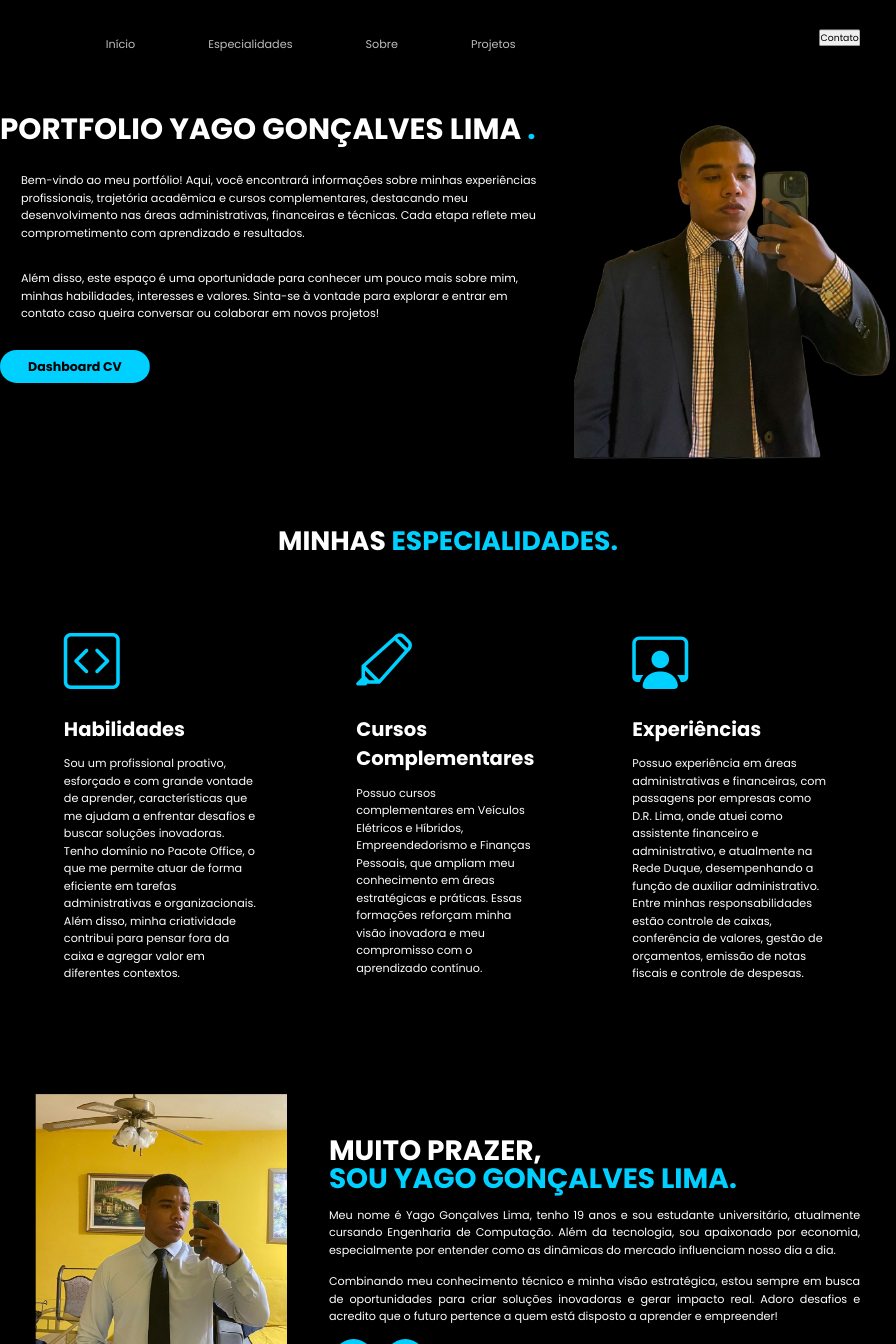
Repository: yagolima1511/Portfolio
Page: index.html
These files come from the project's save history. The page is drawn as it stood at one moment and after the next save; the edit follows.
The browser window is 1280 px wide. The pictures show the part of the page from y = 0 to 1920 px (the page is 3474 px tall), at 70% of full size.

Above is the page before, as saved 2025-03-03 21:03:24.

### index.html
<!DOCTYPE html>
<html lang="pt-br">
<head>
    <meta charset="UTF-8">
    <meta name="viewport" content="width=device-width, initial-scale=1.0">
    <link rel="preconnect" href="https://fonts.googleapis.com">
<link rel="preconnect" href="https://fonts.gstatic.com" crossorigin>
<link href="https://fonts.googleapis.com/css2?family=Cabin:ital,wght@0,400..700;1,400..700&family=Poppins:ital,wght@0,100;0,200;0,300;0,400;0,500;0,600;0,700;0,800;0,900;1,100;1,200;1,300;1,400;1,500;1,600;1,700;1,800;1,900&display=swap" rel="stylesheet">
<link rel="stylesheet" href="https://cdn.jsdelivr.net/npm/bootstrap-icons@1.11.3/font/bootstrap-icons.min.css">
    <link rel="stylesheet" href="style.css">
    <link rel="icon" href="imagens.portifolio/logo_yago_sem_fundo.png">
    <title>Yago Gonçalves Lima</title>
</head>
<body>

    <header>
        <div class="interface">
             <nav>
                <nav class="menu-desktop">
                    <ul>
                        <li><a href="#início">Início</a></li>
                        <li><a href="#especialidades">Especialidades</a></li>
                        <li><a href="#sobre">Sobre</a></li>
                        <li><a href="#projetos">Projetos</a></li>
                    </ul>
                </nav>
             </nav>

    <div class=""

             <div class="btn-contato">
                <a href="https://api.whatsapp.com/send?phone=5511951423405">
                    <button>Contato</button>
                </a>
             </div>
        </div><!--INTERFACE-->
    </header>

    <main>
        <section id="início">
        <section class="topo-do-site">
            <div class="interface">
                <div class="flex">
                    <div class="txt-topo-site">
                       <h1>PORTFOLIO YAGO GONÇALVES LIMA <span>.</span></h1>
                       <p>Bem-vindo ao meu portfólio! Aqui, você encontrará informações sobre minhas experiências profissionais, trajetória acadêmica e cursos complementares, destacando meu desenvolvimento nas áreas administrativas, financeiras e técnicas. Cada etapa reflete meu comprometimento com aprendizado e resultados.</p>
                       <p>Além disso, este espaço é uma oportunidade para conhecer um pouco mais sobre mim, minhas habilidades, interesses e valores. Sinta-se à vontade para explorar e entrar em contato caso queira conversar ou colaborar em novos projetos!</p>

                       <div class="btn-contato">
                        <a href="https://www.canva.com/design/DAGZft-klJw/L4ZIEv-Um3k0rW6E9iZL9g/edit?utm_content=DAGZft-klJw&utm_campaign=designshare&utm_medium=link2&utm_source=sharebutton">
                            <button>Dashboard CV</button>
                        </a>
                       </div>
                    </div>
                    <div class="img-topo-site">
                        <img id="img-home" src="imagens.portifolio/yago sem fundo.png" alt="" class="tamanho-fixo">

                    </div>
                </div>
            </div>
        </section>
    </section>
        <section id="especialidades">

        <section class="especialidades">
            <div class="interface">
                <h2 class="titulo">MINHAS <span>ESPECIALIDADES.</span></h2>
                <div class="flex">
                     <div class="especialidades-box">
                     <i class="bi bi-code-square"></i>
                     <h3>Habilidades</h3>
                     <p>Sou um profissional proativo, esforçado e com grande vontade de aprender, características que me ajudam a enfrentar desafios e buscar soluções inovadoras. Tenho domínio no Pacote Office, o que me permite atuar de forma eficiente em tarefas administrativas e organizacionais. Além disso, minha criatividade contribui para pensar fora da caixa e agregar valor em diferentes contextos.</p>
                </div>


                     <div class="especialidades-box">
                        <i class="bi bi-highlighter"></i>
                     <h3>Cursos Complementares</h3>
                     <p>Possuo cursos complementares em Veículos Elétricos e Híbridos, Empreendedorismo e Finanças Pessoais, que ampliam meu conhecimento em áreas estratégicas e práticas. Essas formações reforçam minha visão inovadora e meu compromisso com o aprendizado contínuo.</p>
                </div>

                     <div class="especialidades-box">
                        <i class="bi bi-person-workspace"></i>
                     <h3>Experiências</h3>
                     <p>Possuo experiência em áreas administrativas e financeiras, com passagens por empresas como D.R. Lima, onde atuei como assistente financeiro e administrativo, e atualmente na Rede Duque, desempenhando a função de auxiliar administrativo. Entre minhas responsabilidades estão controle de caixas, conferência de valores, gestão de orçamentos, emissão de notas fiscais e controle de despesas.
                    </p>
                </div>
            </div>
        </section>
    </section>
             <section id="sobre">
                    <section class="sobre">
                        <div class="interface">
                            <div class="flex">
                                <div class="img-sobre">
                                    <img src="imagens.portifolio/camisa gravata.jpeg" alt="" class="tamanho-fixo">
                                </div>
                                <div class="txt-sobre">
                                      <h2>MUITO PRAZER,<span> SOU YAGO GONÇALVES LIMA.</span> </h2>
                                          <p>Meu nome é Yago Gonçalves Lima, tenho 19 anos e sou estudante universitário, atualmente cursando Engenharia de Computação. Além da tecnologia, sou apaixonado por economia, especialmente por entender como as dinâmicas do mercado influenciam nosso dia a dia.</p>
                                          <p>Combinando meu conhecimento técnico e minha visão estratégica, estou sempre em busca de oportunidades para criar soluções inovadoras e gerar impacto real. Adoro desafios e acredito que o futuro pertence a quem está disposto a aprender e empreender!</p>
                                          <div class="btn-social">

                                                <a href="https://api.whatsapp.com/send?phone=5511951423405"><button><i class="bi bi-whatsapp"></i></button></a>
                                                <a href="https://www.linkedin.com/in/yago-lima-50758a299?utm_source=share&utm_campaign=share_via&utm_content=profile&utm_medium=ios_app"><button><i class="bi bi-linkedin"></i></button></a>

                                          </div>
                                </div>

                            </div>
                        </div>
                    </section>
                </section>
                    <section id="projetos">

                    <section class="projetos">
                        <div class="interface">
                            <h2><h2 class="titulo">PROJETO <span>DESENVOLVIDO.</span></h2></h2>

                           <div class="flex">
                            <div class="img-proj" style="background-image: url(imagens.portifolio/WhatsApp\ Image\ 2024-12-10\ at\ 22.25.13.jpeg);">
                                <div class="overlay">Projeto AlphaTec</div>
                            </div>
                            <div class="img-proj" style="background-image: url(imagens.portifolio/WhatsApp\ Image\ 2024-12-10\ at\ 22.20.26.jpeg);">
                                <div class="overlay">Projeto AlphaTec</div>
                            </div>
                            <div class="img-proj" style="background-image: url(imagens.portifolio/WhatsApp\ Image\ 2024-12-10\ at\ 22.20.24.jpeg);">
                                <div class="overlay">Projeto AlphaTec</div>

                            </div>
                           </div>
                        </div>

                        <section class="projeto">
                            <div class="interface">
                                <div class="flex">
                        <div class="txt-paragrafo-projeto">
                                <p>Juntamente com meus colegas de faculdade, desenvolvemos o Projeto AlphaTec. O projeto do carrinho autônomo com Arduino é uma aplicação simples de robótica, onde o objetivo principal é criar um veículo que detecte obstáculos e mude de direção automaticamente usando um sensor ultrassônico. Aqui está uma explicação didática e direta sobre os principais componentes e funcionamento:</p>

                        </div> <!--txt-->
                    </div>
                            </div><!--INTERFACE-->



                     </section>


                     <ul>
                        <li>
                            Arduino: É o "cérebro" do carrinho, responsável por processar as informações do sensor ultrassônico e controlar os motores.
                        <li>

                                Sensor Ultrassônico (HC-SR04): Detecta obstáculos à frente, medindo a distância usando ondas sonoras.
                            </li>
                            <li>
                                Motores e Ponte H (L298N): Movem o carrinho e permitem controlar o sentido de rotação (para frente, para trás ou virar).
                            </li>
                            <li>
                                Baterias/Pilhas: Alimentam o Arduino e os motores.
                            </li>
                            <li>
                                Estrutura do Carrinho: Uma base com rodas onde os componentes são fixados
                            </li>
                        </ul>

                    </section>
                </section>


    </main>
    <footer>
        <div class="interface">
            <div class="line-footer">
                <div class="flex">
                <div class="btn-social">

                    <a href="https://api.whatsapp.com/send?phone=5511951423405"><button><i class="bi bi-whatsapp"></i></button></a>
                    <a href="https://www.linkedin.com/in/yago-lima-50758a299?utm_source=share&utm_campaign=share_via&utm_content=profile&utm_medium=ios_app"><button><i class="bi bi-linkedin"></i></button></a>

              </div>
            </div>
            </div>
                <div class="line-footer borda">
                    <p><i class="bi bi-envelope-fill"></i> <a href="mailto:goncalveslima2005@gmail.com">goncalveslima2005@gmail.com</a></p>

            </div>

        </div>
    </footer>
</body>
</html>

### style.css
/*ESTILO GERAL*/
html {
    scroll-behavior: smooth;
}

*{
    margin: 0;
    padding: 0;
    box-sizing: 0;
    font-family: "Poppins", serif;
}

body{
    background-color: black;
    height: 100vh;
}

.interface{
    max-width: 1280px;
    margin: 0 auto;
}

.flex{
    display: flex;
}

.btn-contato button{
    padding: 10px 40px;
    font-size: 18px;
    font-weight: 700;
    background-color: #00d0ff;
    border: 0;
    border-radius: 30px;
    cursor: pointer;
    transition: .2s;
}

h2.titulo{
    color: white;
    font-size: 38px;
    text-align: center;
}

h2.titulo span{
    color: #00d0ff;
}

 button:hover{
    box-shadow: 0px 0px 8px #00d0ff;
    transform: scale(1.05);
}

/* ESTILO DO CABEÇALHO */
header{
    padding: 40px 4%;
}

header > .interface{
    display: flex;
    align-items: left;
    justify-content: space-between;
}

header a{
    color: #7d7d7d;
    text-decoration: none;
    display: inline-block;
    transition: .2s;
}

header a:hover{
    color:#fff;
    transform: scale(1.05);
}

header nav ul{
    list-style-type: none;
}

header nav ul li{
    display: inline-block;
    padding: 0 50px;
}

/* ESTILO DO TOPO DO SITE */
section.topo-do-site{
    padding: 40px 0%;
}

section.top-do-site.flex{
    align-items: center;
    justify-content: center;
    gap: 90px;
}

.topo-do-site h1{
    color: white;
    font-size: 42px;
    line-height: 40px;
}

.txt-topo-site span{
    color: #00d0ff;
}

.topo-do-site .txt-topo-site p{
    color: white;
    margin: 40px 30px;

}

.topo-do-site .img-topo-site img{
    position: relative;
    animation: flutuar 2s ease-in-out infinite alternate;
}

@keyframes flutuar{
    0%{
        top: 0;
    }
    100%{
        top: 30px;
    }
}

/* ESPECIALIDADES */
section.especialidades{
    padding: 40px 4%;
}

section.especialidades .flex{
    gap: 60px;
}

.especialidades .especialidades-box{
    color: white;
    padding: 40px;
    border-radius: 20px;
    margin-top: 45px;
    transition: .2s;
}

.especialidades .especialidades-box:hover{
    transform: scale(1.05);
    box-shadow: 0 0 8px #ffffff78;
}

.especialidades .especialidades-box i{
    font-size: 80px;
    color: #00d0ff;
}

.especialidades .especialidades-box h3{
   font-size: 28px;
   margin: 15px 0;
}

/* ESTILO SOBRE */
section.sobre{
    padding: 80px 4%;
}

section.sobre .flex{
    align-items: center;
    gap: 60px;
}

.sobre .txt-sobre{
    color: white;
    line-height: 40px;
    margin-bottom: 30px;
}

.sobre .txt-sobre h2{
    font-size: 40px;
}

.sobre .txt-sobre h2 span{
    color: #00d0ff;
    display: block;
}

.sobre .txt-sobre p{
     margin: 20px 0;
     text-align: justify;
     line-height: 25px;
}

 .btn-social button{
     width: 60px;
     height: 60px;
     border-radius: 50%;
     border: none;
     background-color: #00d0ff;
     font-size: 22px;
     cursor: pointer;
     margin: 0 5px;
     transition: 2.s;
}

/* ESTILO DO PORTIFÓLIO */
section.projetos{
     padding: 80px 4%;
     box-shadow: 0 0 40px 10px rgba(255, 255, 255, 0.107);
}

section.projetos .flex{
    justify-content: space-around;
    margin-top: 60px;
}

.img-proj{
    width: 360px;
    height: 460px;
    background-size: cover;
    background-position: 100% 0%;
    transition: 1s;
    cursor: pointer;
    border-radius: 40px;  /* DEIXA A FOTO C ASA BORDAS REDONDAS */
    position: relative;
}

.img-proj:hover{
    background-position: 100% 100%;
}


.overlay{
    position: absolute;
    top: 0;
    left: 0;
    width: 100%;
    height: 100%;
    background-color: #010d01c3;
    border-radius: 40px;
    display: flex;
    align-items: center;
    justify-content: center;
    font-size: 24px;
    font-weight: 600;
    color: white;
    opacity: 0;
    transition: .5s;
}

.overlay:hover{
    opacity: 1;
}

.txt-paragrafo-projeto p{
    color: white;
    margin-bottom: 20px;
}

ul{
    list-style-position: inside;
    color: white;
    padding: 10px 50px;
}

/* ESTILO DO RODAPÉ */

footer{
    padding: 60px 4%;
    box-shadow: 0 0 40px 10px rgba(255, 255, 255, 0.090);
}

footer .flex{
    justify-content: space-between;
}

footer .line-footer{
    padding: 20px 0;
}

.borda{
    border-top: 2px solid #00d0ff;
}

footer .line-footer p i{
    color: #00d0ff;
    font-size: 22px;
}

footer .line-footer p a{
    color: white;
}

footer .line-footer p{
    text-align: right;
}



@media screen and (max-width: 1041.60px){
    /*classes gerais*/

    .flex{
        flex-direction: column-reverse;
    }

    h2.titulo{
        font-size: 34px;
        line-height: 40px;
    }

    /*cabeçalho*/
    .menu-desktop, .btn-contato{
        display: none;
    }

    .img-topo-site {
        display: none;
    }

    .txt-topo-site h1{
        margin: 7px;
        text-align: center;
        font-size: 35px;
    }

    /*topo do site*/

    section.top-do-site .flex{
        gap: 40px;

    section.topo-do-site{
        padding: 20px 8%;
    }


    .topo-do-site h1{
        font-size: 30px;
    }


    .topo-do-site .img-topo-site img{
        width: 100%;

    }
}
    /* ESPECIALIDADES */
section.especialidades{
    padding: 40px 8%;
    flex-direction: column;
}
/* SOBRE */
section.sobre{
    padding: 80px 8%;
}
.sobre .txt-sobre h2{
    font-size: 35px;
    line-height: 35px;
    text-align: center;
}
.btn-social{
    text-align: center;
}

.img-sobre img{
    width: 100%;
}

/* PROJETO*/
section.projetos{
    padding: 80px 8%;
}
.img-proj{
    width: 100%;
    max-width: 360px;
    margin: 0 auto;

}

section.projetos .flex{
   gap: 60px;
}
footer .flex{
    flex-direction: column;
}

footer .line-footer p{
    text-align: center;
}


}

.tamanho-fixo{


    height: 492px;
}

header a {
    color: #bdbdbd;
    text-decoration: none;
    display: inline-block;
    transition: .2s;
}

After the next save:
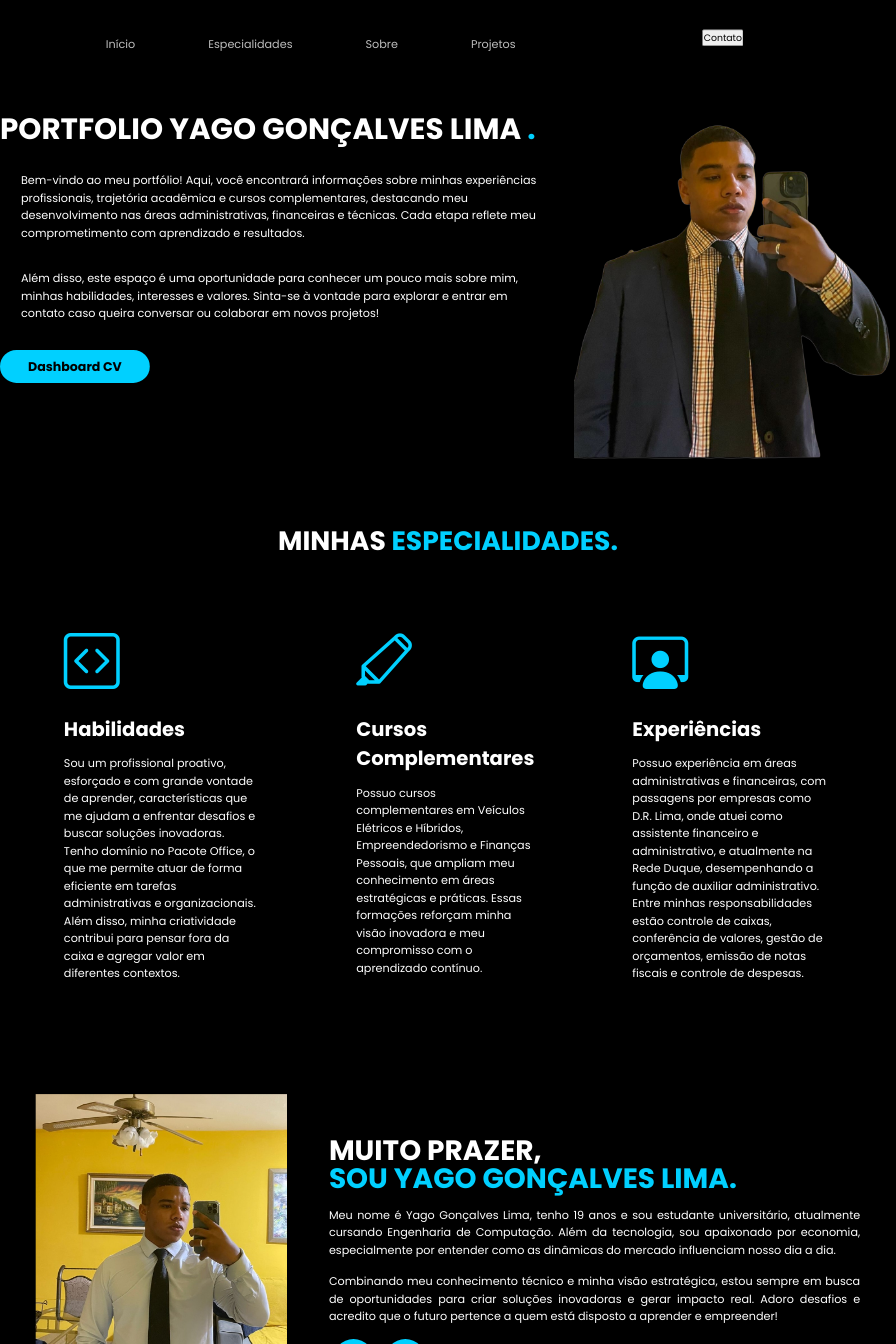
Saved 4 s later.
--- a/index.html
+++ b/index.html
@@ -26,7 +26,7 @@
                 </nav>
              </nav>
 
-    <div class=""
+    <div class="interface"
 
              <div class="btn-contato">
                 <a href="https://api.whatsapp.com/send?phone=5511951423405">
